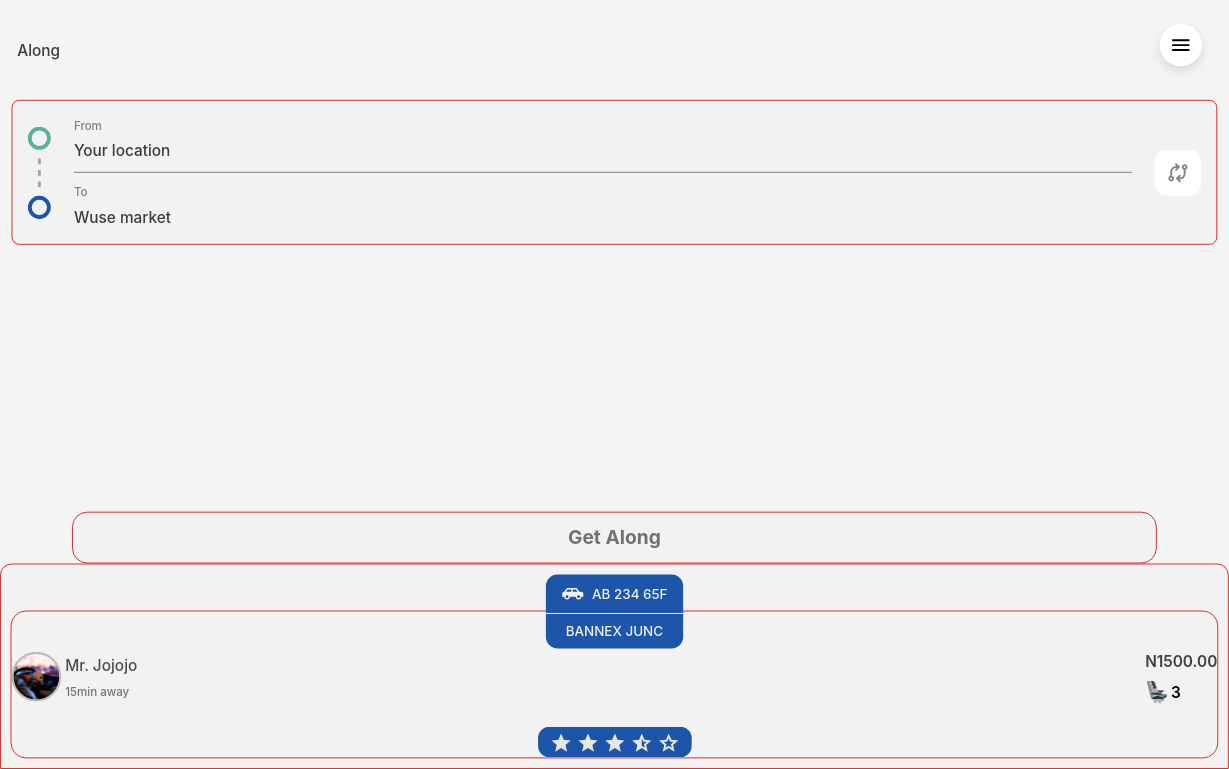
Repository: TeamAlong/Along-App
Page: /, after clicking the first element matching `button.w-\[90\%\]`
The author's editor kept a copy of each file at every save. The page is drawn from the files as they stood at one save, then again after the next save.
The browser window is 1280 px wide. The pictures show the whole page, at 96% of full size.
The project was rebuilt for these pictures with package versions that can differ from the ones it lists, and the page was loaded fresh each time. The framework's server and built-in components were replaced by stand-ins that run in the browser. Also part of the build but not shown: next.config.mjs.

Above is the page before, as saved 2024-02-26 22:21:13.

After the next save:
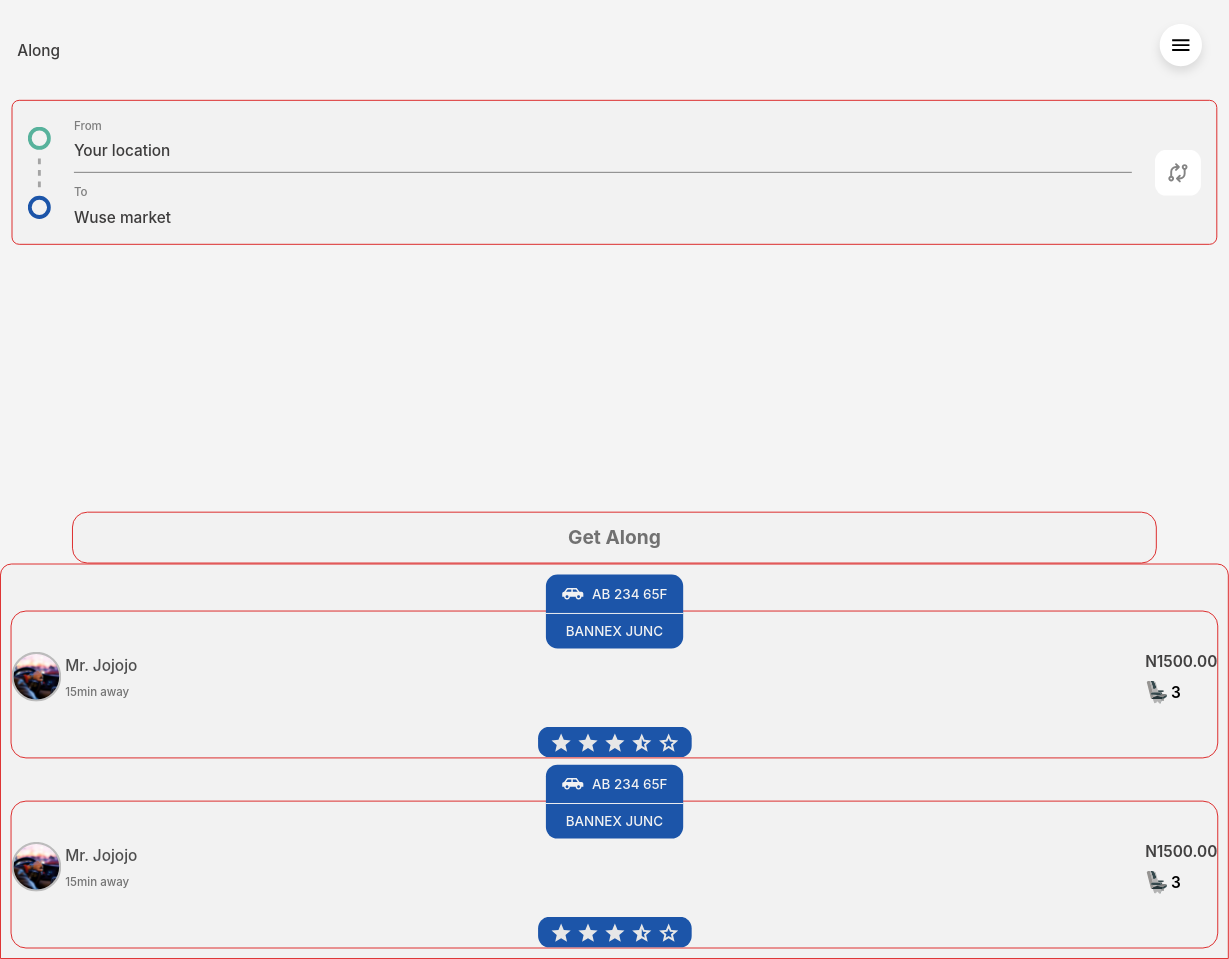
Saved 43 s later.
--- a/src/components/user/drivers-preview.js
+++ b/src/components/user/drivers-preview.js
@@ -45,6 +45,44 @@ export default function DriversPreview() {
           <Image src={Stars} alt="" />
         </div>
       </section>
+      <section className=" relative flex flex-col gap-6 pt-10 rounded-2xl bg-[#F2F2F2] border border-red-600">
+        <div className="absolute top-0 left-1/2 -translate-x-1/2 -translate-y-1/2 flex flex-col items-center bg-[#1C55A9] rounded-xl z-[10000]">
+          <div className="flex items-center gap-2 px-4 py-2 border-b border-[#F2F2F2]">
+            <Image src={Car} alt="car icon" />
+            <p className="text-sm text-[#F2F2F2]">AB 234 65F</p>
+          </div>
+
+          <div className="text-sm text-[#F2F2F2] px-4 py-2">
+            <p>BANNEX JUNC</p>
+          </div>
+        </div>
+        <div className="w-full flex items-center justify-between">
+          <div className="flex items-center gap-1">
+            <div className="w-[52px] h-[52px] rounded-[52px]">
+              <Image
+                src={Driver}
+                alt="driver photo"
+                className="w-full h-full object-cover"
+              />
+            </div>
+            <div className="flex flex-col gap-2">
+              <h4 className="text-[#4E4E4E]">Mr. Jojojo</h4>
+              <p className="text-[#737373] text-xs">15min away</p>
+            </div>
+          </div>
+
+          <div className="flex flex-col gap-2">
+            <h4 className="text-[#424141] font-semibold">N1500.00</h4>
+            <div className="flex items-center gap-[3px] text-black font-semibold">
+              <Image src={Seat} alt="seat icon" />
+              <p>3</p>
+            </div>
+          </div>
+        </div>
+        <div className="self-center">
+          <Image src={Stars} alt="" />
+        </div>
+      </section>
     </main>
   );
 }
